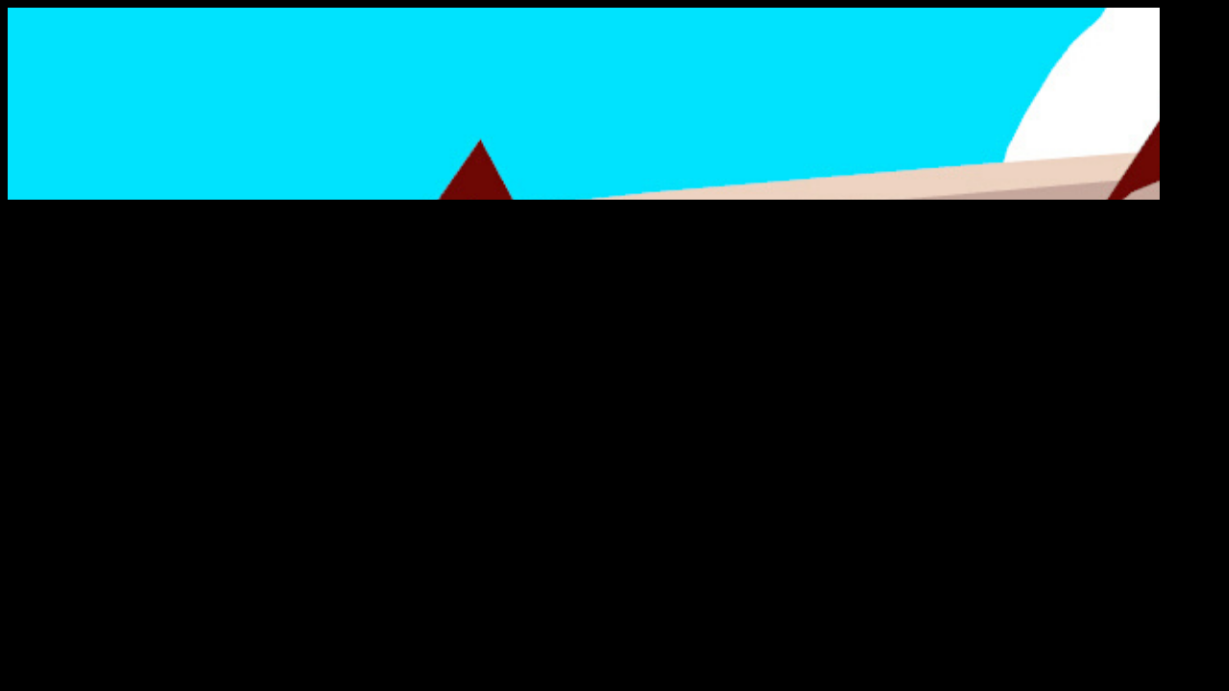
Repository: yoon-dh/JS_Prac
Page: carrot_game/index.html
An editor plug-in stored every save of this project. The page is shown before and after the next save, followed by the edit.
The browser window is 1280 px wide. The pictures show the whole page, at 96% of full size.

Above is the page before, as saved 2023-06-23 16:57:59.

### carrot_game/index.html
<!DOCTYPE html>
<html lang="en">
  <head>
    <meta charset="UTF-8" />
    <meta http-equiv="X-UA-Compatible" content="IE=edge" />
    <meta name="viewport" content="width=device-width, initial-scale=1.0" />
    <link rel="stylesheet" href="style.css" />
    <title>Document</title>
  </head>
  <body>
    <div class="carrot_game"></div>
  </body>
</html>

### carrot_game/style.css
body {
  background-color: black;
}

.carrot_game {
  width: 1200px;
  height: 200px;
  background-image: url("img/background.png");
}

After the next save:
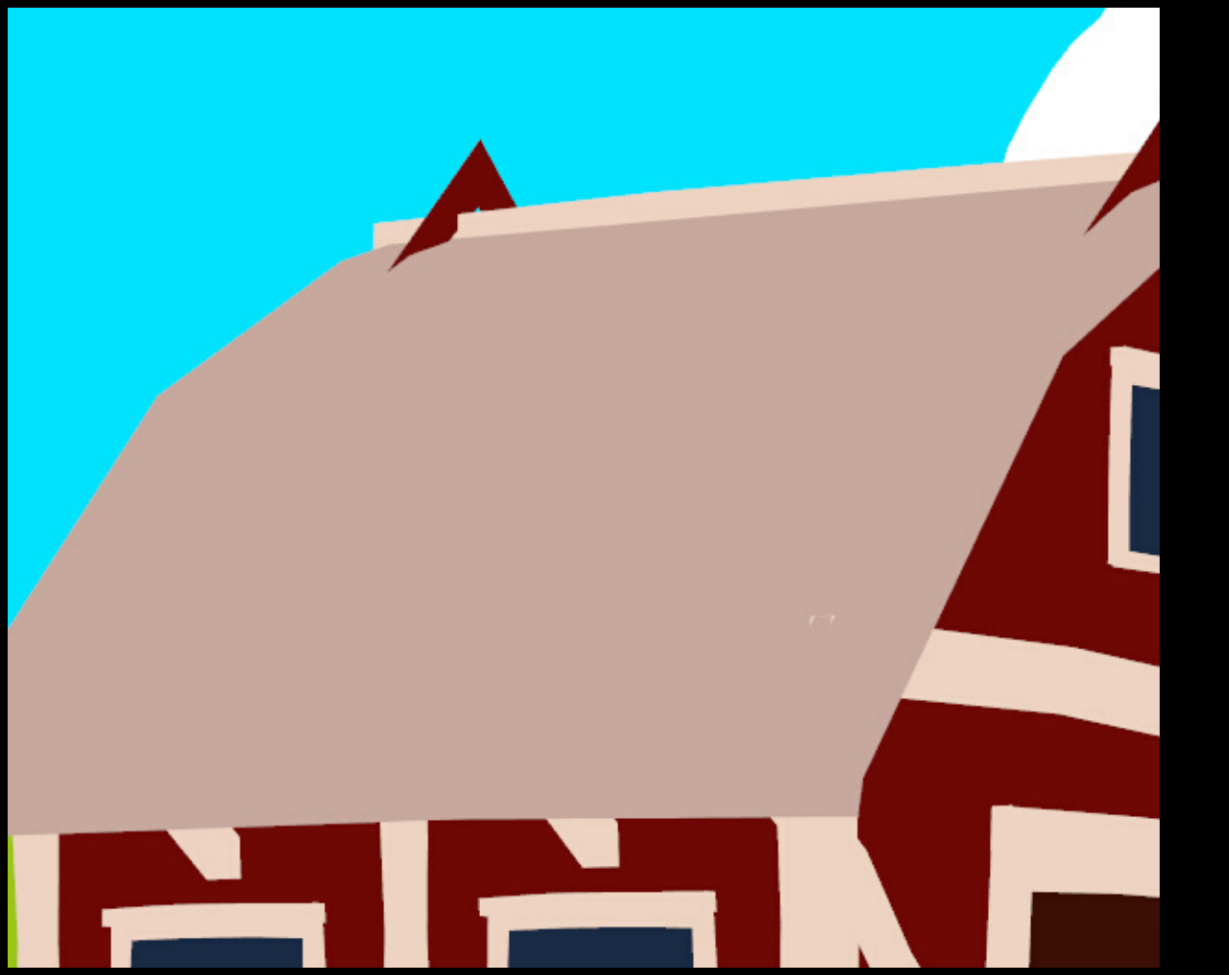
Saved 7 s later.
--- a/carrot_game/style.css
+++ b/carrot_game/style.css
@@ -4,6 +4,6 @@
 
 .carrot_game {
   width: 1200px;
-  height: 200px;
+  height: 1000px;
   background-image: url("img/background.png");
 }
